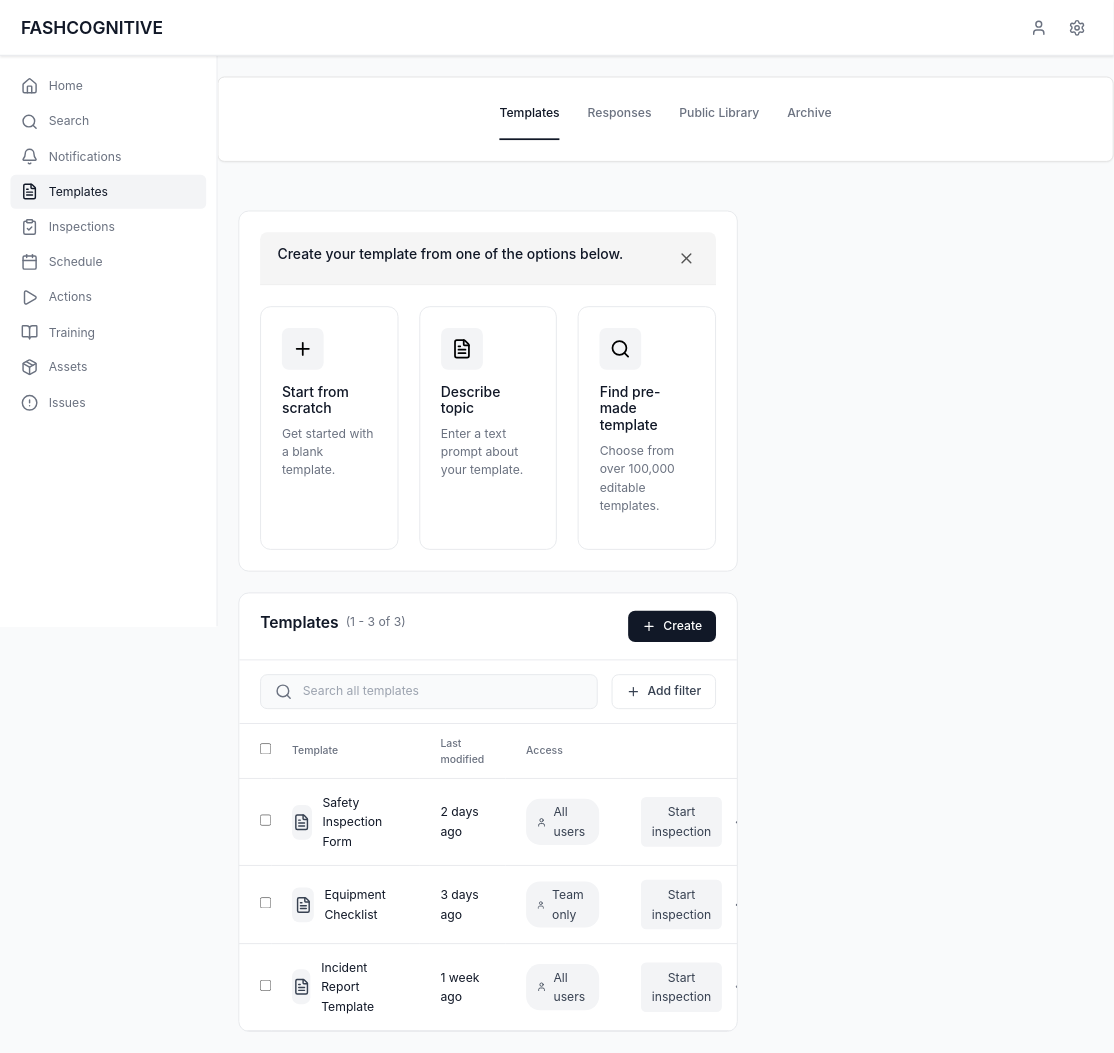
Repository: loganand612/fashcognitive-intern
Page: /template (app in fash/)
These files come from the project's save history. The page is drawn as it stood at one moment and after the next save; the edit follows.
The browser window is 1280 px wide. The pictures show the whole page, at 87% of full size.
The project was rebuilt for these pictures with package versions that can differ from the ones it lists, and the page was loaded fresh each time. Also part of the build but not shown: fash/src/pages/Login.css, fash/src/pages/Register.css, fash/src/pages/Home.tsx, fash/src/pages/Login.tsx, fash/src/pages/Register.tsx, fash/src/pages/Home2.tsx, fash/src/pages/Create_template.tsx, fash/src/pages/Dashboard.tsx. Imported but missing from the stored project, and not drawn on this page: fash/src/pages/assets/head1.mp4.

Above is the page before, as saved 2025-04-12 18:22:43.

### fash/src/index.tsx
import React from 'react';
import ReactDOM from 'react-dom/client';

// Import third-party styles first
import 'bootstrap/dist/css/bootstrap.min.css';
import '@fortawesome/fontawesome-free/css/all.min.css';

// Import page-specific styles last
import './pages/Home.css';
import './pages/Home2.css';
import './pages/Login.css';
import './pages/Register.css';
import './pages/Dashboard.css';
import './pages/Template.css';
import './pages/Create_template.css';

import App from './App';
import reportWebVitals from './reportWebVitals';

const root = ReactDOM.createRoot(
  document.getElementById('root') as HTMLElement
);
root.render(
  <React.StrictMode>
    <App />
  </React.StrictMode>
);

// If you want to start measuring performance in your app, pass a function
// to log results (for example: reportWebVitals(console.log))
// or send to an analytics endpoint. Learn more: https://bit.ly/CRA-vitals
reportWebVitals();

### fash/src/pages/Home.css
/* Reset & Base Styles */
* {
  margin: 0;
  padding: 0;
  box-sizing: border-box;
  font-family: -apple-system, BlinkMacSystemFont, 'Segoe UI', Roboto, sans-serif;
}

body {
  font-family: -apple-system, BlinkMacSystemFont, 'Segoe UI', Roboto, sans-serif;
  background-color: #f8f9fe;
  color: #1f2937;
  line-height: 1.5;
}

/* Layout */
.page-wrapper {
  min-height: 100vh;
  display: flex;
  flex-direction: column;
}

.content-wrapper {
  display: flex;
  flex: 1;
  position: relative;
}

/* Navigation */
.navbar {
  background: white;
  height: 64px;
  padding: 0 2rem;
  box-shadow: 0 1px 3px rgba(0,0,0,0.1);
  display: flex;
  align-items: center;
  justify-content: space-between;
  position: fixed;
  top: 0;
  left: 0;
  right: 0;
  z-index: 1000;
}

.logo {
  font-weight: bold;
  font-size: 1.5rem;
  color: #302d2d;
  text-decoration: none;
  transition: all 0.3s ease;
}

.logo:hover {
  color: #2563eb;
}

.nav-links {
  display: flex;
  gap: 1rem;
  align-items: center;
}

/* Buttons */
.btn {
  padding: 0.5rem 1rem;
  border-radius: 0.375rem;
  border: none;
  cursor: pointer;
  font-size: 0.875rem;
  font-weight: 500;
  text-decoration: none;
  transition: all 0.3s ease;
}

.btn-primary {
  background: #3b82f6;
  color: white;
}

.btn-primary:hover {
  background: #c0ceec;
}

.btn-secondary {
  background: #ffffff;
  border: 1px solid #e5e7eb;
  color: #4b5563;
}

.btn-secondary:hover {
  background: #d2d5da;
}

/* Language Selector */
.language-select {
  position: relative;
}

.language-btn {
  display: flex;
  align-items: center;
  gap: 0.5rem;
  padding: 0.5rem 1rem;
  border: 1px solid #e5e7eb;
  border-radius: 1.5rem;
  background: white;
  cursor: pointer;
  transition: all 0.3s ease;
}

.language-btn:hover {
  border-color: #3b82f6;
}

.language-dropdown {
  position: absolute;
  top: calc(100% + 0.5rem);
  right: 0;
  background: white;
  border-radius: 0.5rem;
  box-shadow: 0 4px 6px rgba(0,0,0,0.1);
  padding: 0.5rem 0;
  display: none;
  min-width: 150px;
  z-index: 1000;
}

.language-select:hover .language-dropdown {
  display: block;
}

.language-option {
  padding: 0.5rem 1rem;
  cursor: pointer;
  transition: all 0.3s ease;
}

.language-option:hover {
  background: #f8f9fe;
  color: #3b82f6;
}

/* Notification Badge */
.notification-badge {
  position: relative;
}

.notification-badge::after {
  content: '';
  position: absolute;
  top: -2px;
  right: -2px;
  width: 8px;
  height: 8px;
  background-color: #ef4444;
  border-radius: 50%;
  border: 2px solid white;
}

/* Sidebar */
.sidebar {
  width: 250px;
  background: white;
  height: calc(100vh - 64px);
  position: fixed;
  top: 64px;
  left: 0;
  padding: 1.5rem 1rem;
  border-right: 1px solid #e5e7eb;
  overflow-y: auto;
  z-index: 100;
}

.sidebar-link {
  display: flex;
  align-items: center;
  padding: 0.75rem 1rem;
  color: #4b5563;
  text-decoration: none;
  border-radius: 0.5rem;
  margin-bottom: 0.5rem;
  transition: all 0.3s ease;
}

.sidebar-link:hover {
  background: #f8f9fe;
  color: #3b82f6;
}

.sidebar-link.active {
  background: #3b82f6;
  color: white;
}

/* Main Content */
.main-content {
  margin-left: 250px;
  margin-top: 64px;
  padding: 5rem;
  width: calc(100% - 250px);
  min-height: calc(100vh - 64px);
}

.landing-content {
  display: flex;
  justify-content: space-between;
  align-items: center;
  gap: 4rem;
  max-width: 1200px;
  margin: 0 auto;
}

.content-left {
  flex: 1;
}

.content-left h1 {
  font-size: 2.5rem;
  color: #1f2937;
  margin-bottom: 2rem;
  line-height: 1.2;
}

.feature-list {
  list-style: none;
}

.feature-list li {
  display: flex;
  align-items: center;
  gap: 1rem;
  margin-bottom: 1rem;
  color: #4b5563;
}

.feature-list li::before {
  content: "";
  width: 20px;
  height: 20px;
  background: #3b82f6;
  border-radius: 50%;
  opacity: 0.2;
}

.qr-container {
  background: white;
  padding: 1rem;
  border-radius: 20px;
  box-shadow: 0 10px 15px rgba(0,0,0,0.1);
  transition: all 0.3s ease;
}

.qr-container:hover {
  transform: translateY(-5px);
  box-shadow: 0 4px 6px rgba(0,0,0,0.1);
}

.qr-code {
  width: 100%;
  max-width: 300px;
}

/* Footer */
.footer {
  background: white;
  padding: 5rem 7rem;
  margin-top: auto;
  margin-left: 250px;
}

.footer-content {
  max-width: 1500px;
  margin: 0 auto;
  display: grid;
  grid-template-columns: repeat(4, 1fr);
  gap: 2rem;
}

.footer-section h3 {
  color: #3b82f6;
  margin-bottom: 1rem;
  font-size: 1.1rem;
}

.footer-section ul {
  list-style: none;
}

.footer-section ul li {
  margin-bottom: 0.5rem;
}

.footer-section ul li a {
  color: #4b5563;
  text-decoration: none;
  transition: all 0.3s ease;
}

.footer-section ul li a:hover {
  color: #3b82f6;
}

.footer-bottom {
  max-width: 1200px;
  margin: 2rem auto 0;
  padding-top: 6rem;
  border-top: 1px solid #e5e7eb;
  text-align: center;
}

.store-buttons {
  display: flex;
  justify-content: center;
  gap: 1rem;
  margin-top: 1rem;
}

.store-buttons img {
  height: 40px;
  transition: all 0.3s ease;
}

.store-buttons img:hover {
  transform: translateY(-2px);
}

/* Mobile Menu Button */
.mobile-menu-btn {
  display: none;
  padding: 0.5rem;
  cursor: pointer;
  background: none;
  border: none;
}

/* Responsive Design */
@media (max-width: 1024px) {
  .sidebar {
      width: 200px;
  }

  .main-content {
      margin-left: 200px;
      width: calc(100% - 200px);
  }

  .footer {
      margin-left: 200px;
  }
}

@media (max-width: 768px) {
  .navbar {
      padding: 0 1rem;
  }

  .mobile-menu-btn {
      display: block;
  }

  .nav-links {
      display: none;
  }

  .nav-links.active {
      display: flex;
      flex-direction: column;
      position: absolute;
      top: 64px;
      left: 0;
      right: 0;
      background: white;
      padding: 1rem;
      box-shadow: 0 4px 6px rgba(0,0,0,0.1);
  }

  .sidebar {
      transform: translateX(-100%);
      transition: transform 0.3s ease;
  }

  .sidebar.active {
      transform: translateX(0);
  }

  .main-content,
  .footer {
      margin-left: 0;
      width: 100%;
  }

  .landing-content {
      flex-direction: column;
      text-align: center;
      padding: 1rem;
  }

  .content-left h1 {
      font-size: 2rem;
  }

  .footer-content {
      grid-template-columns: repeat(2, 1fr);
  }
}

@media (max-width: 480px) {
  .footer-content {
      grid-template-columns: 1fr;
  }
}

### fash/src/pages/Dashboard.css
.dashboard-container {
  display: flex;
  flex-direction: column;
  min-height: 100vh;
}

/* Navbar */
.navbar {
  position: fixed;
  top: 0;
  left: 0;
  right: 0;
  height: 64px;
  background: white;
  border-bottom: 1px solid #e5e7eb;
  display: flex;
  align-items: center;
  justify-content: space-between;
  padding: 0 24px;
  z-index: 50;
}

.navbar-brand {
  font-size: 20px;
  font-weight: 600;
}

.navbar-actions {
  display: flex;
  gap: 8px;
}

.nav-button {
  padding: 8px;
  background: none;
  border: none;
  border-radius: 8px;
  color: #6b7280;
  cursor: pointer;
  transition: all 0.2s;
}

.nav-button:hover {
  background-color: #f3f4f6;
  color: #111827;
}

.nav-icon {
  width: 20px;
  height: 20px;
}

/* Sidebar */
.sidebar {
  position: fixed;
  top: 64px;
  left: 0;
  width: 250px;
  height: calc(100vh - 64px);
  background: white;
  border-right: 1px solid #e5e7eb;
  padding: 16px 12px;
  overflow-y: auto;
}

.sidebar-nav {
  display: flex;
  flex-direction: column;
  gap: 2px;
}

.nav-link {
  display: flex;
  align-items: center;
  padding: 8px 12px;
  color: #6b7280;
  text-decoration: none;
  border-radius: 6px;
  transition: all 0.2s;
}

.nav-link:hover {
  background-color: #f3f4f6;
  color: #111827;
}

.nav-link .nav-icon {
  margin-right: 12px;
}

/* Main Content */
.main-content {
  margin-left: 250px;
  margin-top: 64px;
  padding: 32px;
  background-color: #f9fafb;
  min-height: calc(100vh - 64px);
}

/* Header Section */
.header-section {
  display: flex;
  justify-content: space-between;
  align-items: center;
  margin-bottom: 24px;
}

.page-title {
  font-size: 24px;
  font-weight: 600;
  color: #111827;
}

.user-tags {
  display: flex;
  align-items: center;
  gap: 8px;
}

.user-tag {
  display: flex;
  align-items: center;
  justify-content: center;
  min-width: 32px;
  height: 32px;
  padding: 0 12px;
  background-color: #f3f4f6;
  border-radius: 16px;
  font-size: 14px;
  font-weight: 500;
  color: #374151;
}

.user-count {
  display: flex;
  align-items: center;
  justify-content: center;
  height: 32px;
  padding: 0 12px;
  background-color: #f3f4f6;
  border-radius: 16px;
  font-size: 14px;
  font-weight: 500;
  color: #374151;
}

.add-user-button {
  height: 32px;
  padding: 0 16px;
  background-color: #111827;
  color: white;
  border: none;
  border-radius: 16px;
  font-size: 14px;
  font-weight: 500;
  cursor: pointer;
  transition: background-color 0.2s;
}

.add-user-button:hover {
  background-color: #1f2937;
}

/* Summary Cards */
.summary-cards {
  display: grid;
  grid-template-columns: repeat(3, 1fr);
  gap: 24px;
  margin-bottom: 32px;
}

.summary-card {
  background: white;
  border: 1px solid #e5e7eb;
  border-radius: 12px;
  padding: 24px;
  display: flex;
  align-items: center;
  justify-content: space-between;
}

.card-content {
  display: flex;
  align-items: center;
  gap: 16px;
}

.card-icon {
  width: 48px;
  height: 48px;
  background: #f3f4f6;
  border-radius: 8px;
  display: flex;
  align-items: center;
  justify-content: center;
}

.card-icon .icon {
  width: 24px;
  height: 24px;
  color: #374151;
}

.card-info {
  display: flex;
  flex-direction: column;
}

.card-count {
  font-size: 24px;
  font-weight: 600;
  color: #111827;
  line-height: 1.2;
}

.card-label {
  font-size: 14px;
  color: #6b7280;
}

.card-sublabel {
  font-size: 12px;
  color: #9ca3af;
  margin-top: 2px;
}

.card-arrow {
  width: 20px;
  height: 20px;
  color: #9ca3af;
}

/* Recent Activity */
.recent-activity {
  background: white;
  border: 1px solid #e5e7eb;
  border-radius: 12px;
  overflow: hidden;
}

.section-title {
  font-size: 18px;
  font-weight: 600;
  color: #111827;
  padding: 20px 24px;
  border-bottom: 1px solid #e5e7eb;
}

.activity-list {
  display: flex;
  flex-direction: column;
}

.activity-item {
  display: flex;
  align-items: center;
  justify-content: space-between;
  padding: 16px 24px;
  border-bottom: 1px solid #e5e7eb;
}

.activity-item:last-child {
  border-bottom: none;
}

.activity-info {
  display: flex;
  flex-direction: column;
  gap: 4px;
}

.activity-title {
  font-size: 14px;
  font-weight: 500;
  color: #111827;
}

.activity-meta {
  display: flex;
  gap: 16px;
}

.meta-type,
.meta-date {
  font-size: 14px;
  color: #6b7280;
}

.status-badge {
  padding: 4px 12px;
  border-radius: 16px;
  font-size: 14px;
  font-weight: 500;
}

.status-badge.completed {
  background-color: #f3f4f6;
  color: #111827;
}

.status-badge.in-progress {
  background-color: #f3f4f6;
  color: #6b7280;
}

/* Responsive */
@media (max-width: 1024px) {
  .summary-cards {
    grid-template-columns: repeat(2, 1fr);
  }
}

@media (max-width: 768px) {
  .summary-cards {
    grid-template-columns: 1fr;
  }

  .sidebar {
    width: 64px;
  }

  .nav-link span {
    display: none;
  }

  .main-content {
    margin-left: 64px;
  }
}

### fash/src/pages/Template.css
.app-container {
  min-height: 100vh;
  display: flex;
  flex-direction: column;
  background-color: #f9fafb;
}

/* Navbar */
.navbar {
  position: fixed;
  top: 0;
  left: 0;
  right: 0;
  height: 64px;
  background: white;
  border-bottom: 1px solid #e5e7eb;
  display: flex;
  align-items: center;
  justify-content: space-between;
  padding: 0 24px;
  z-index: 50;
}

.navbar-brand {
  font-size: 20px;
  font-weight: 600;
  color: #111827;
}

.navbar-actions {
  display: flex;
  gap: 8px;
}

.nav-button {
  padding: 8px;
  background: none;
  border: none;
  border-radius: 8px;
  color: #6b7280;
  cursor: pointer;
  transition: all 0.2s;
  display: flex;
  align-items: center;
  justify-content: center;
}

.nav-button:hover {
  background-color: #f3f4f6;
  color: #111827;
}

/* Sidebar */
.sidebar {
  position: fixed;
  top: 64px;
  left: 0;
  width: 250px;
  height: calc(100vh - 64px);
  background: white;
  border-right: 1px solid #e5e7eb;
  padding: 16px 12px;
  overflow-y: auto;
  z-index: 40;
}

.sidebar-nav {
  display: flex;
  flex-direction: column;
  gap: 2px;
}

.nav-link {
  display: flex;
  align-items: center;
  gap: 12px;
  padding: 8px 12px;
  color: #6b7280;
  text-decoration: none;
  border-radius: 6px;
  transition: all 0.2s;
  font-size: 14px;
}

.nav-link:hover {
  background-color: #f3f4f6;
  color: #111827;
}

.nav-link.active {
  background-color: #f3f4f6;
  color: #111827;
}

/* Main Content */
.template-container {
  margin-left: 250px;
  margin-top: 64px;
  min-height: calc(100vh - 64px);
  background-color: #f9fafb;
  flex: 1;
  display: flex;
  flex-direction: column;
}

.template-header {
  position: sticky;
  top: 64px;
  background-color: white;
  border-bottom: 1px solid #e5e7eb;
  z-index: 30;
  margin-bottom: 0;
  width: 100%;
}

.template-tabs {
  max-width: 1200px;
  margin: 0 auto;
  display: flex;
  gap: 32px;
  padding: 0 32px;
  height: 48px; /* Fixed height for the tabs */
  align-items: center;
}

.tab {
  padding: 0 0 14px 0;
  font-size: 14px;
  font-weight: 500;
  color: #6b7280;
  background: none;
  border: none;
  border-bottom: 2px solid transparent;
  cursor: pointer;
  transition: all 0.2s;
  height: 100%;
  display: flex;
  align-items: center;
}

.tab:hover {
  color: #111827;
}

.tab.active {
  color: #111827;
  border-bottom-color: #111827;
}

.template-content {
  max-width: 1200px;
  width: 100%;
  margin: 0 auto;
  padding: 16px 32px;
  flex: 1;
}

/* Creation Section */
.creation-section {
  background: white;
  border-radius: 12px;
  border: 1px solid #e5e7eb;
  margin-top: 0;
  margin-bottom: 24px;
  padding: 24px;
  width: 100%;
}

.section-header {
  display: flex;
  justify-content: space-between;
  align-items: center;
  margin-bottom: 24px;
  width: 100%;
}

.section-header h2 {
  font-size: 16px;
  font-weight: 500;
  color: #111827;
}

.close-button {
  padding: 8px;
  background: none;
  border: none;
  border-radius: 8px;
  color: #6b7280;
  cursor: pointer;
  transition: all 0.2s;
  display: flex;
  align-items: center;
  justify-content: center;
}

.close-button:hover {
  background-color: #f3f4f6;
  color: #111827;
}

.creation-options {
  display: grid;
  grid-template-columns: repeat(3, 1fr);
  gap: 24px;
  width: 100%;
}

.option-card {
  background: white;
  border: 1px solid #e5e7eb;
  border-radius: 12px;
  padding: 24px;
  cursor: pointer;
  transition: all 0.2s;
  height: 100%;
  display: flex;
  flex-direction: column;
}

.option-card:hover {
  border-color: #9ca3af;
}

.option-icon {
  width: 48px;
  height: 48px;
  background: #f3f4f6;
  border-radius: 8px;
  display: flex;
  align-items: center;
  justify-content: center;
  margin-bottom: 16px;
  flex-shrink: 0;
}

.option-card h3 {
  font-size: 16px;
  font-weight: 500;
  color: #111827;
  margin-bottom: 8px;
  margin-top: 0;
}

.option-card p {
  font-size: 14px;
  color: #6b7280;
  line-height: 1.5;
}

/* Templates Section */
.templates-section {
  background: white;
  border-radius: 12px;
  border: 1px solid #e5e7eb;
  overflow: hidden;
  width: 100%;
  margin-top: 0;
}

.templates-header {
  display: flex;
  justify-content: space-between;
  align-items: center;
  padding: 20px 24px;
  border-bottom: 1px solid #e5e7eb;
  width: 100%;
}

.templates-header h2 {
  font-size: 18px;
  font-weight: 600;
  color: #111827;
  display: flex;
  align-items: center;
  gap: 8px;
}

.count {
  font-size: 14px;
  font-weight: normal;
  color: #6b7280;
}

.create-button {
  display: flex;
  align-items: center;
  gap: 8px;
  padding: 8px 16px;
  background-color: #111827;
  color: white;
  border: none;
  border-radius: 8px;
  font-size: 14px;
  font-weight: 500;
  cursor: pointer;
  transition: background-color 0.2s;
  text-decoration: none;
  height: 36px;
}

.create-button:hover {
  background-color: #1f2937;
}

.search-controls {
  display: flex;
  gap: 16px;
  padding: 16px 24px;
  border-bottom: 1px solid #e5e7eb;
  width: 100%;
}

.search-field {
  flex: 1;
  display: flex;
  align-items: center;
  gap: 12px;
  padding: 8px 16px;
  background: #f9fafb;
  border: 1px solid #e5e7eb;
  border-radius: 8px;
  height: 40px;
}

.search-icon {
  color: #6b7280;
}

.search-field input {
  flex: 1;
  border: none;
  background: none;
  font-size: 14px;
  color: #111827;
  outline: none;
}

.search-field input::placeholder {
  color: #9ca3af;
}

.filter-button {
  display: flex;
  align-items: center;
  gap: 8px;
  padding: 8px 16px;
  background: white;
  border: 1px solid #e5e7eb;
  border-radius: 8px;
  font-size: 14px;
  font-weight: 500;
  color: #374151;
  cursor: pointer;
  transition: all 0.2s;
  height: 40px;
  white-space: nowrap;
}

.filter-button:hover {
  background: #f9fafb;
  border-color: #9ca3af;
}

/* Table Styles */
.templates-table {
  width: 100%;
  overflow-x: auto;
}

table {
  width: 100%;
  border-collapse: collapse;
}

th {
  padding: 12px 24px;
  font-size: 12px;
  font-weight: 500;
  color: #6b7280;
  text-align: left;
  border-bottom: 1px solid #e5e7eb;
}

td {
  padding: 16px 24px;
  font-size: 14px;
  color: #111827;
  border-bottom: 1px solid #e5e7eb;
}

.checkbox-column {
  width: 48px;
  padding-right: 0;
}

.template-cell {
  display: flex;
  align-items: center;
  gap: 12px;
}

.template-icon {
  width: 40px;
  height: 40px;
  background: #f3f4f6;
  border-radius: 8px;
  display: flex;
  align-items: center;
  justify-content: center;
  color: #374151;
}

.access-badge {
  display: inline-flex;
  align-items: center;
  gap: 8px;
  padding: 4px 12px;
  background: #f3f4f6;
  border-radius: 16px;
  font-size: 14px;
  color: #374151;
}

.action-buttons {
  display: flex;
  align-items: center;
  gap: 8px;
}

.start-inspection {
  padding: 6px 12px;
  background: #f3f4f6;
  border: none;
  border-radius: 6px;
  font-size: 14px;
  color: #374151;
  cursor: pointer;
  transition: all 0.2s;
}

.start-inspection:hover {
  background: #e5e7eb;
}

.more-options {
  padding: 6px;
  background: none;
  border: none;
  border-radius: 6px;
  color: #6b7280;
  cursor: pointer;
  transition: all 0.2s;
  display: flex;
  align-items: center;
  justify-content: center;
}

.more-options:hover {
  background: #f3f4f6;
  color: #374151;
}

/* Responsive */
@media (max-width: 1024px) {
  .creation-options {
    grid-template-columns: repeat(2, 1fr);
  }
}

@media (max-width: 768px) {
  .creation-options {
    grid-template-columns: 1fr;
  }

  .template-tabs {
    gap: 16px;
    padding: 0 16px;
  }

  .template-content {
    padding: 16px;
  }
}

### fash/src/App.tsx
import { BrowserRouter as Router, Route, Routes } from 'react-router-dom';
import Home from './pages/Home';
import Login from './pages/Login';
import Register from './pages/Register';
import Home2 from './pages/Home2';
import Create_template from './pages/Create_template';
import Dashboard from './pages/Dashboard';
import Template from './pages/Template_page';

function App() {
    return (
        <div className="app-container">
            <Router>
                <div className="page-container">
                    <div className="content-container">
                        <Routes>
                            <Route path="/" element={<Home2 />} />
                            <Route path="/login" element={<Login />} />
                            <Route path="/register" element={<Register />} />
                            <Route path="/homee" element={<Home />} />
                            <Route path="/ct" element={<Create_template />} />
                            <Route path="/dashboard" element={<Dashboard />} />
                            <Route path="template" element={<Template />} />
                        </Routes>
                    </div>
                </div>
            </Router>
        </div>
    );
}

export default App;

### fash/src/reportWebVitals.ts
import { onCLS, onFID, onFCP, onLCP, onTTFB } from 'web-vitals';

const reportWebVitals = (onPerfEntry?: (metric: any) => void) => {
  if (onPerfEntry && onPerfEntry instanceof Function) {
    onCLS(onPerfEntry);
    onFID(onPerfEntry);
    onFCP(onPerfEntry);
    onLCP(onPerfEntry);
    onTTFB(onPerfEntry);
  }
};

export default reportWebVitals;

Loaded but not shown: fash/public/index.html (common file); fash/src/pages/Create_template.css (2714 lines, source omitted); fash/src/pages/Home2.css (1263 lines, source omitted); fash/src/pages/Template_page.tsx (192 lines, source omitted)

After the next save:
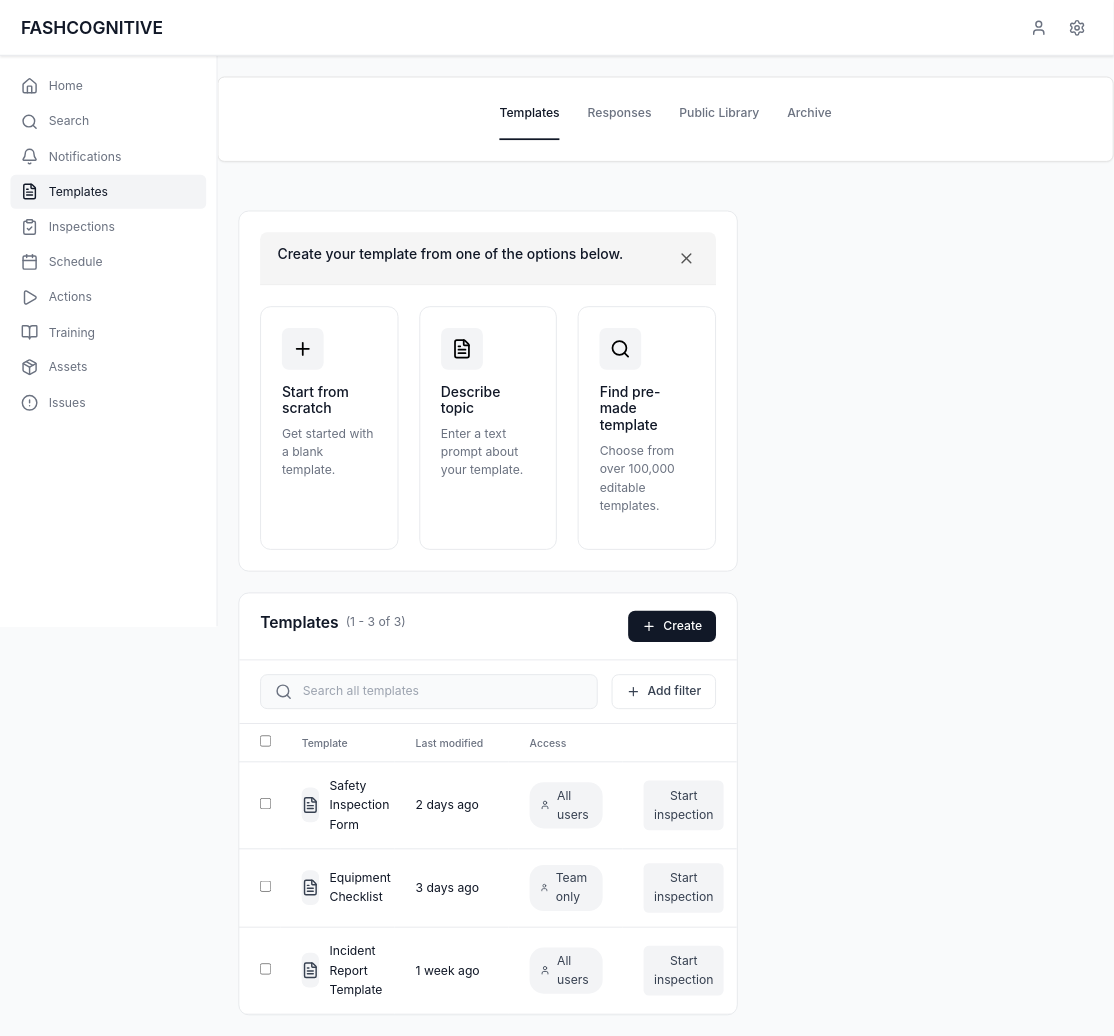
Saved 10 s later.
--- a/fash/src/pages/Template.css
+++ b/fash/src/pages/Template.css
@@ -370,6 +370,7 @@
 table {
   width: 100%;
   border-collapse: collapse;
+  table-layout: fixed;
 }
 
 th {
